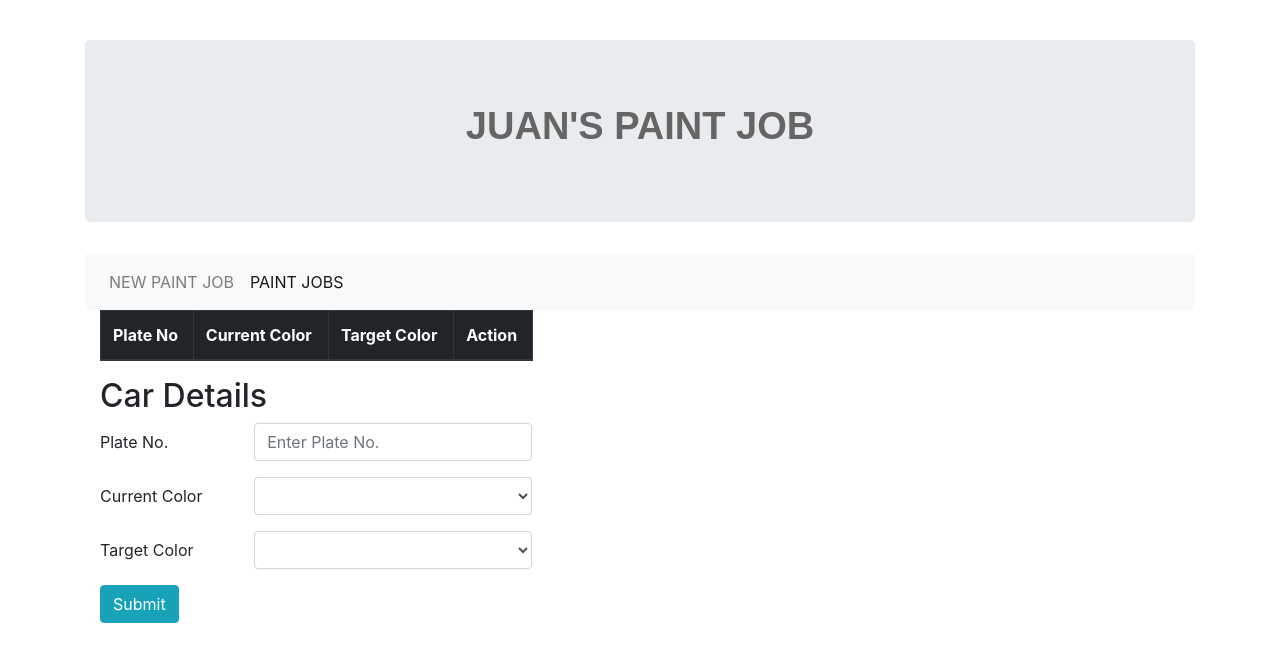
Repository: soycaringal/paint-job
Page: http://localhost/jobs
An editor plug-in stored every save of this project. The page is shown before and after the next save, followed by the edit.
The browser window is 1280 px wide. The pictures show the whole page.
The page is served by the project's Laravel application, run on PHP 8.4 with Laravel 8.

Above is the page before, as saved 2020-02-22 21:03:29.
Console error: SyntaxError: Invalid or unexpected token

After the next save:
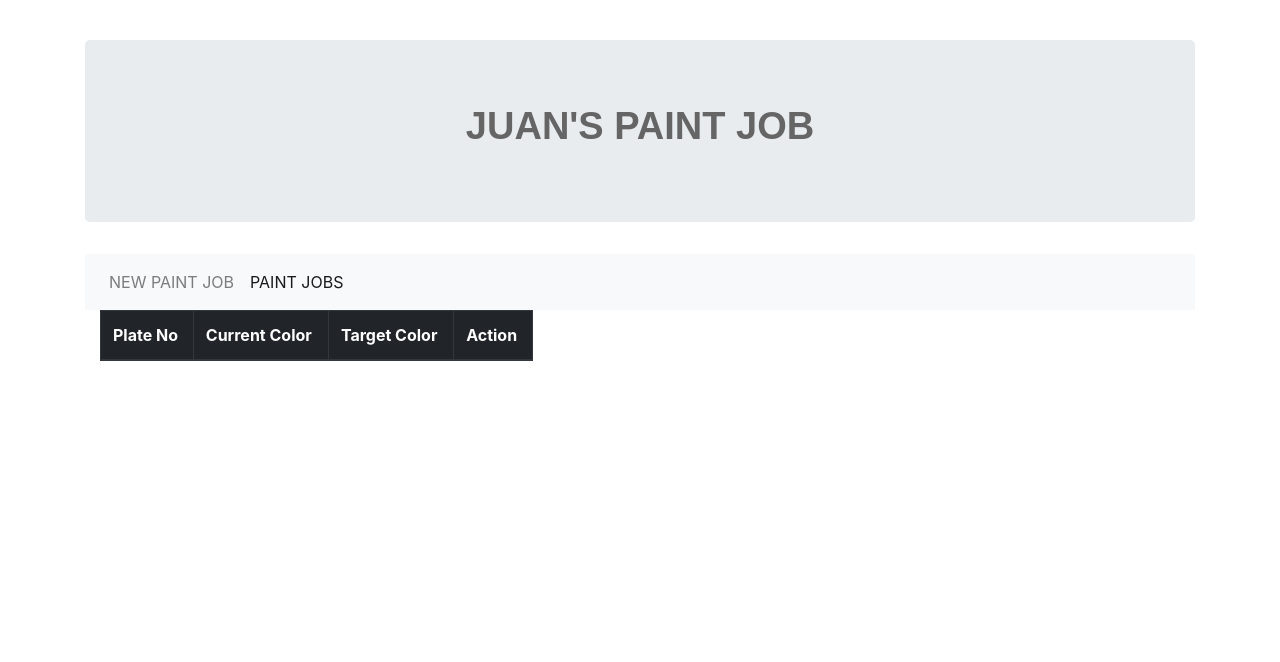
Saved 12 s later.
--- a/resources/views/jobs.blade.php
+++ b/resources/views/jobs.blade.php
@@ -18,46 +18,6 @@
             </tbody>
         </table>
     </div>
-
-    <h2>Car Details</h2>
-    <form action="{{route('car.store')}}" method="post">
-        @csrf
-        <!-- START: Plate No. -->
-        <div class="form-group row">
-            <label class="col-4 col-form-label">Plate No.</label>
-            <div class="col-8   ">
-                <input type="text" name="plate_no" class="form-control" placeholder="Enter Plate No.">
-            </div>
-        </div>
-        <!-- END: Plate No. -->
-        <!-- START: Current Color -->
-        <div class="form-group row">
-            <label class="col-4 col-form-label">Current Color</label>
-            <div class="col-8   ">
-                <select name="current_color"class="form-control">
-                    <option value=""></option>
-                    <option value="red">Red</option>
-                    <option value="green">Green</option>
-                    <option value="blue">Blue</option>
-                </select>
-            </div>
-        </div>
-        <!-- END: Current Color -->
-        <!-- START: Target Color -->
-        <div class="form-group row">
-            <label class="col-4 col-form-label">Target Color</label>
-            <div class="col-8   ">
-                <select name="target_color"class="form-control">
-                    <option value=""></option>
-                    <option value="red">Red</option>
-                    <option value="green">Green</option>
-                    <option value="blue">Blue</option>
-                </select>
-            </div>
-        </div>
-        <!-- END: Target Color -->
-        <button type="submit" class="btn btn-info">Submit</button>
-    </form>
 </section>
 
 <script>
